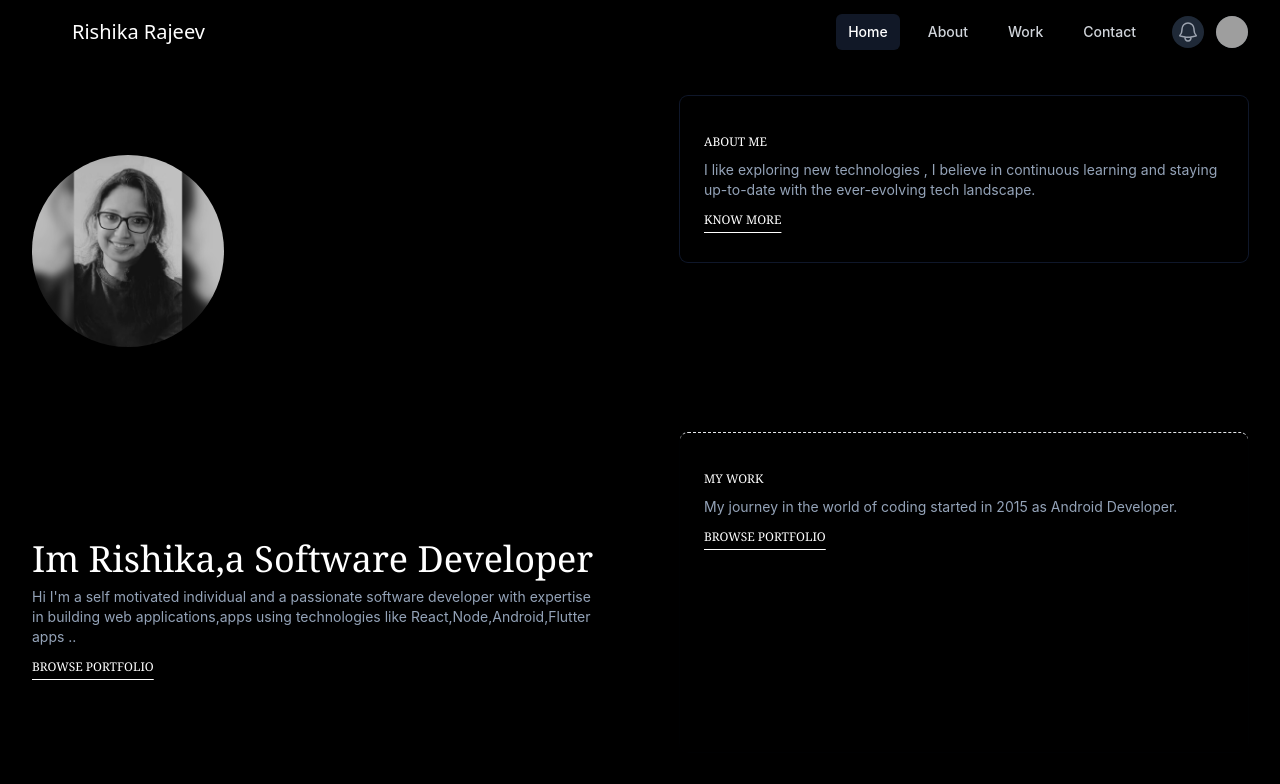
Repository: rishikarajeev/portfolio_rishika
Page: /
An editor plug-in stored every save of this project. The page is shown before and after the next save, followed by the edit.
The browser window is 1280 px wide. The pictures show the whole page.
Pictures or frames that could not be fetched are drawn as grey boxes. The project was rebuilt for these pictures with package versions that can differ from the ones it lists, and the page was loaded fresh each time. Also part of the build but not shown: src/Pages/About.jsx, src/Pages/Contact.jsx, src/Components/Work.jsx, src/Components/Project.jsx, src/Pages/Mywork.jsx.

Above is the page before, as saved 2023-10-23 18:43:50.

### src/Components/Nav/Nav.jsx
import React from 'react'

function Nav() {
  return (
    <div><nav class="dark:bg-black">
    <div class="mx-auto max-w-7xl px-2 sm:px-6 lg:px-8">
      <div class="relative flex h-16 items-center justify-between">
      <div class="absolute inset-y-0 left-7 flex items-center ">

      <a href="#" class=" text-white  px-3 py-2 text-xl font-medium font-sans" aria-current="page">Rishika Rajeev</a>
        </div>
        <div class="absolute inset-y-0 left-0 flex items-center sm:hidden">

          <button type="button" class="relative inline-flex items-center justify-center rounded-md p-2 text-gray-400 hover:bg-gray-700 hover:text-white focus:outline-none focus:ring-2 focus:ring-inset focus:ring-white" aria-controls="mobile-menu" aria-expanded="false">
            <span class="absolute -inset-0.5"></span>
            <span class="sr-only">Open main menu</span>

            <svg class="block h-6 w-6" fill="none" viewBox="0 0 24 24" stroke-width="1.5" stroke="currentColor" aria-hidden="true">
              <path stroke-linecap="round" stroke-linejoin="round" d="M3.75 6.75h16.5M3.75 12h16.5m-16.5 5.25h16.5" />
            </svg>

            <svg class="hidden h-6 w-6" fill="none" viewBox="0 0 24 24" stroke-width="1.5" stroke="currentColor" aria-hidden="true">
              <path stroke-linecap="round" stroke-linejoin="round" d="M6 18L18 6M6 6l12 12" />
            </svg>
          </button>
        </div>
        <div class="flex flex-1 items-center justify-end sm:items-stretch sm:justify-end">
          {/* <div class="flex flex-shrink-0 items-center">
            <img class="h-8 w-auto" src="https://tailwindui.com/img/logos/mark.svg?color=indigo&shade=500" alt="Your Company"/>
          </div> */}
          <div class="hidden sm:ml-6 sm:block ">
            <div class="flex space-x-4 ">

              <a href="/" class="bg-gray-900 text-white rounded-md px-3 py-2 text-sm font-medium" >Home</a>
              <a href="/about" class="text-gray-300 hover:bg-gray-700 hover:text-white rounded-md px-3 py-2 text-sm font-medium">About</a>
              <a href="/work" class="text-gray-300 hover:bg-gray-700 hover:text-white rounded-md px-3 py-2 text-sm font-medium">Work</a>
              <a href="/contact" class="text-gray-300 hover:bg-gray-700 hover:text-white rounded-md px-3 py-2 text-sm font-medium">Contact</a>
            </div>
          </div>
        </div>
        <div class="absolute inset-y-0 right-0 flex items-center pr-2 sm:static sm:inset-auto sm:ml-6 sm:pr-0">
          <button type="button" class="relative rounded-full bg-gray-800 p-1 text-gray-400 hover:text-white focus:outline-none focus:ring-2 focus:ring-white focus:ring-offset-2 focus:ring-offset-gray-800">
            <span class="absolute -inset-1.5"></span>
            <span class="sr-only">View notifications</span>
            <svg class="h-6 w-6" fill="none" viewBox="0 0 24 24" stroke-width="1.5" stroke="currentColor" aria-hidden="true">
              <path stroke-linecap="round" stroke-linejoin="round" d="M14.857 17.082a23.848 23.848 0 005.454-1.31A8.967 8.967 0 0118 9.75v-.7V9A6 6 0 006 9v.75a8.967 8.967 0 01-2.312 6.022c1.733.64 3.56 1.085 5.455 1.31m5.714 0a24.255 24.255 0 01-5.714 0m5.714 0a3 3 0 11-5.714 0" />
            </svg>
          </button>


          <div class="relative ml-3">
            <div>
              <button type="button" class="relative flex rounded-full bg-gray-800 text-sm focus:outline-none focus:ring-2 focus:ring-white focus:ring-offset-2 focus:ring-offset-gray-800" id="user-menu-button" aria-expanded="false" aria-haspopup="true">
                <span class="absolute -inset-1.5"></span>
                <span class="sr-only">Open user menu</span>
                <img class="h-8 w-8 rounded-full" src="../../Images/WhatsApp Image 2023-10-03 at 11.58.19 AM.jpeg" alt=""/>
              </button>
            </div>

          </div>
        </div>
      </div>
    </div>


    <div class="sm:hidden" id="mobile-menu">
      <div class="space-y-1 px-2 pb-3 pt-2">

        <a href="/" class="bg-gray-900 text-white block rounded-md px-3 py-2 text-base font-medium" aria-current="page">Home</a>
        <a href="/about" class="text-gray-300 hover:bg-gray-700 hover:text-white block rounded-md px-3 py-2 text-base font-medium">About</a>
        <a href="/work" class="text-gray-300 hover:bg-gray-700 hover:text-white block rounded-md px-3 py-2 text-base font-medium">Work</a>
        <a href="/contact" class="text-gray-300 hover:bg-gray-700 hover:text-white block rounded-md px-3 py-2 text-base font-medium">Contact</a>
      </div>
    </div>
  </nav>
  </div>
  )
}

export default Nav

### src/Pages/Home.jsx
import React from 'react'

import Nav from '../Components/Nav/Nav';
import img from "../Images/profile.jpeg"
import { Link } from 'react-router-dom';

function Home() {
  return (
    <div className="App" class="dark md:bg-black ">
    <Nav />
    <div class="grid grid-cols-1 md:grid-cols-2 h-screen dark md:bg-black gap-4  ">
      <div class="grid grid-cols-1 justify-center items-center m-8 ">
        <div class="md:w-full dark:bg-black rounded-lg   mb-4 shadow-xl  ">
          <div class=" md:grid md:grid-rows-2  ">
            <div class="">
              <img
                class="h-48 w-full object-cover md:h-full md:w-48 rounded-full bg-gray-800 text-sm focus:outline-none focus:ring-2"
                src={img}

              />
            </div>
          </div>
          <Link to="/work">
          <div>
            <label class="text-4xl dark:text-white font-serif">
              Im Rishika,a Software Developer
            </label>
          </div>
          </Link>
          <p class="text-slate-400 dark:text-slate-400 mt-2 text-sm mb-1.5">
          Hi I'm a self motivated individual and a passionate software developer
           with expertise in building web applications,apps using technologies like React,Node,Android,Flutter apps ..

          </p>
          <label class="  text-xs underline underline-offset-8 font-serif dark:text-white">
            BROWSE PORTFOLIO
          </label>
        </div>
      </div>
      <div class=" md:grid md:grid-rows-2 md:gap-4 divide-y divide-dashed dark md:bg-black m-8">

      <Link to="/about">
        <div class=" dark:dark:bg-black rounded-lg px-6 py-8 ring-1 ring-slate-900 shadow-xl">

          <div>
            <label class=" dark:text-white text-xs font-serif">
              ABOUT ME
            </label>
          </div>

          <p class=" dark:text-slate-400 mt-2 text-sm mb-1.5">
          I like exploring new technologies , I believe in continuous learning and staying up-to-date with the ever-evolving tech landscape.

          </p>

          <label class="  text-xs underline underline-offset-8 font-serif dark:text-white">
            KNOW MORE
          </label>

        </div>
        </Link>
        <div class=" dark:dark:bg-black rounded-lg px-6 py-8 ring-1 ring-slate-900/5 shadow-xl">
          <div>
            <label class=" dark:text-white text-xl font-serif text-xs">
              {" "}
              MY WORK
            </label>
          </div>

          <p class=" dark:text-slate-400 mt-2 text-sm mb-1.5">
          My journey in the world of coding started in 2015 as Android Developer.
          </p>
          <label class="  text-xs underline underline-offset-8 font-serif dark:text-white">
            BROWSE PORTFOLIO
          </label>
        </div>
      </div>
    </div>
      </div>
  )
}

export default Home

### tailwind.config.js
/** @type {import('tailwindcss').Config} */
module.exports = {
  content: ["./src/**/*.{html,js,jsx}"],
  theme: {
    extend: {},
  },
  darkMode: 'class',
  plugins: [],
}

Loaded but not shown: public/index.html (common file); src/index.js (common file); src/index.css (common file); src/App.js (common file); src/reportWebVitals.js (common file); src/App.css (common file)

After the next save:
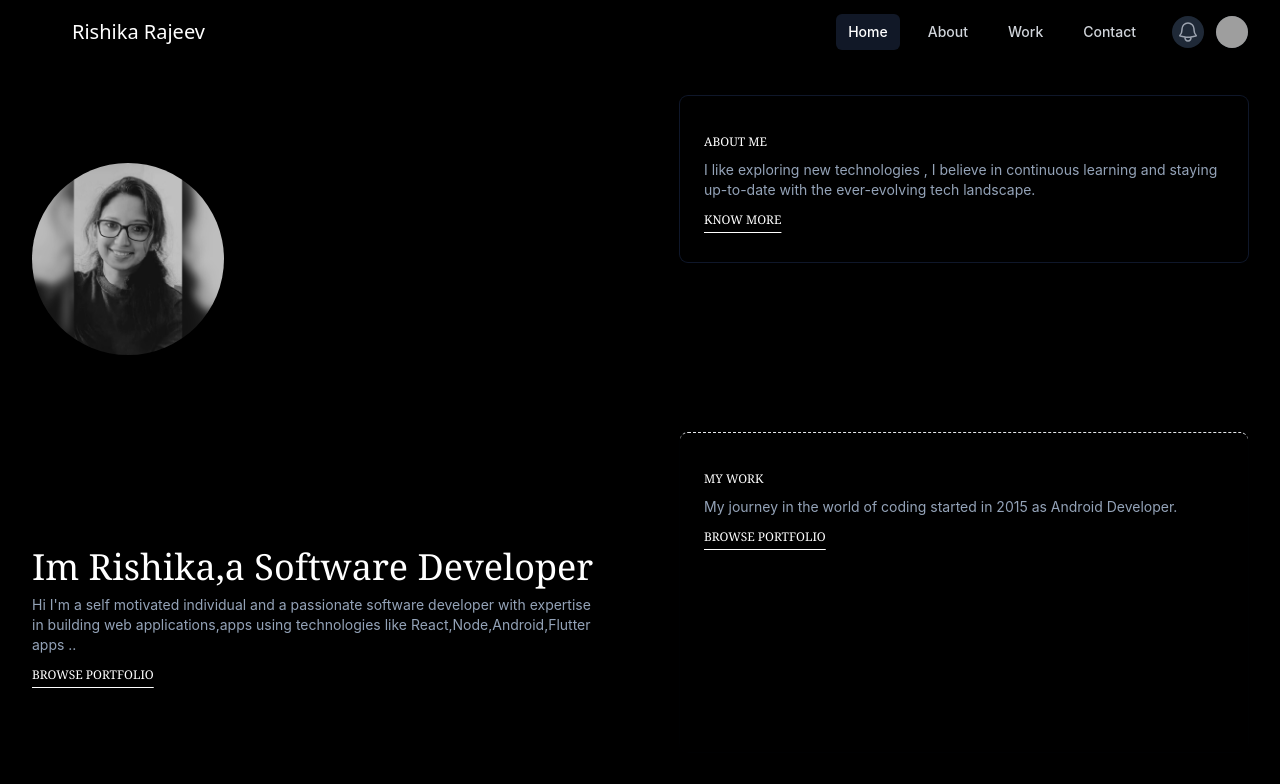
Saved 11 s later.
--- a/src/Pages/Home.jsx
+++ b/src/Pages/Home.jsx
@@ -10,7 +10,7 @@ function Home() {
     <Nav />
     <div class="grid grid-cols-1 md:grid-cols-2 h-screen dark md:bg-black gap-4  ">
       <div class="grid grid-cols-1 justify-center items-center m-8 ">
-        <div class="md:w-full dark:bg-black rounded-lg   mb-4 shadow-xl  ">
+        <div class="md:w-full dark:bg-black rounded-lg   shadow-xl  ">
           <div class=" md:grid md:grid-rows-2  ">
             <div class="">
               <img
